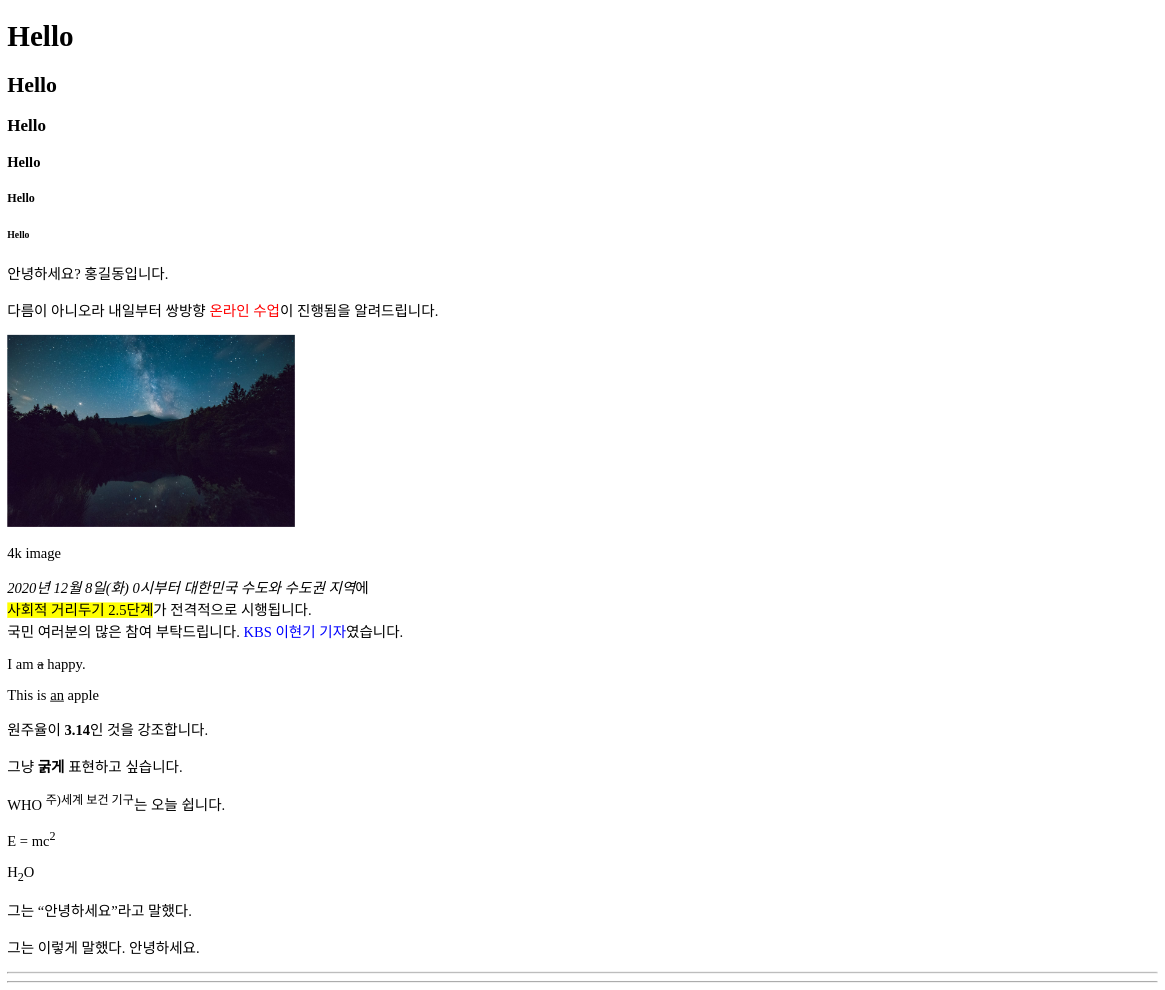
Repository: woneeseo/javastudy
Page: htmlStudy/workspace_html/HelloWorld/WebContent/f.html
The author's editor kept a copy of each file at every save. The page is drawn from the files as they stood at one save, then again after the next save.
The browser window is 1280 px wide. The pictures show the whole page, at 91% of full size.

Above is the page before, as saved 2020-12-07 05:55:24.

After the next save:
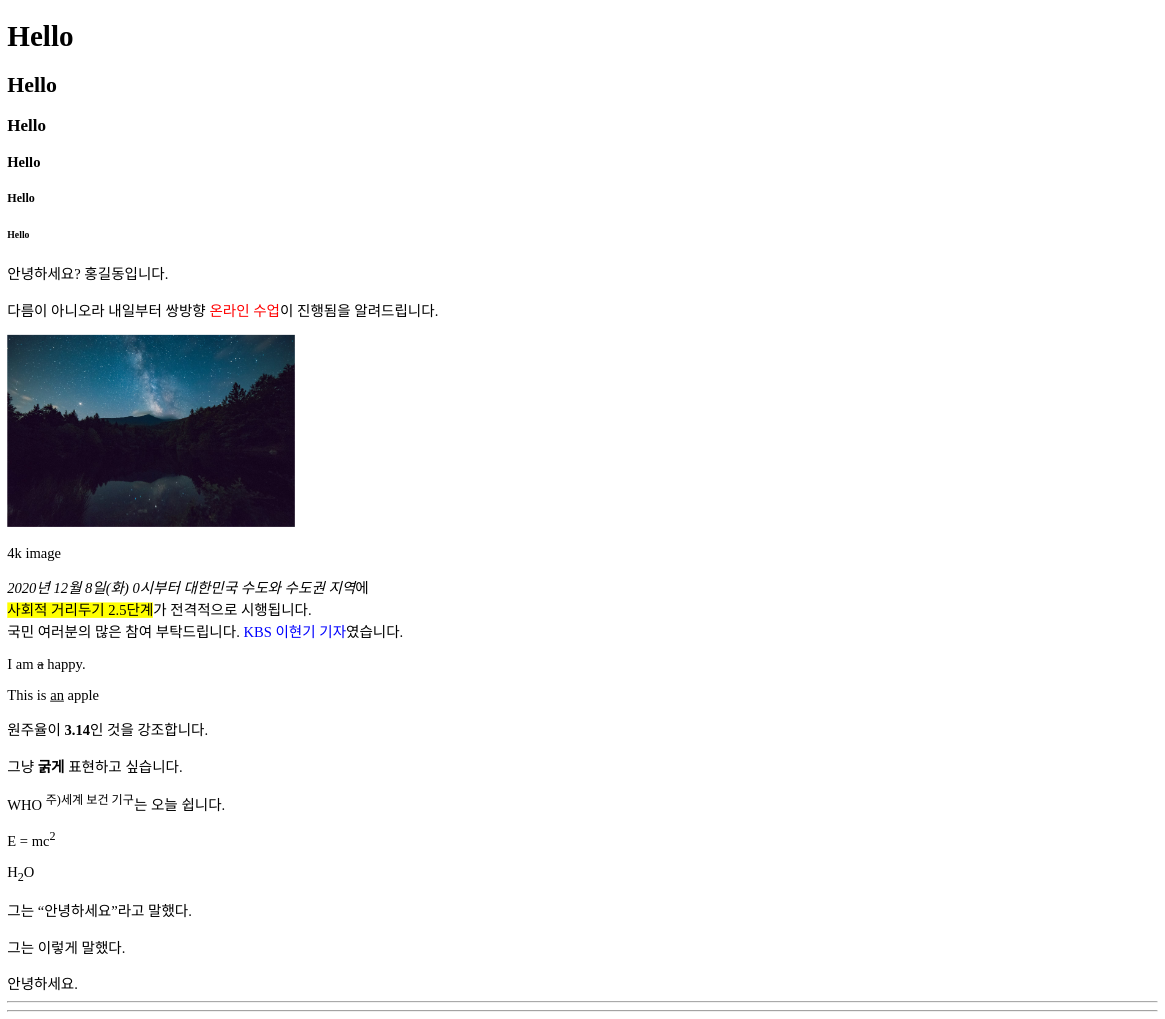
Saved 15 s later.
--- a/htmlStudy/workspace_html/HelloWorld/WebContent/f.html
+++ b/htmlStudy/workspace_html/HelloWorld/WebContent/f.html
@@ -75,9 +75,9 @@
 <!-- <sub> : 주석처리하기 / 주석이 되는 텍스트가 살짝 아래로 내려가게 표현됨 (ex.화학식..) -->
 
 <p>그는 <q>안녕하세요</q>라고 말했다.</p>
-<p>그는 이렇게 말했다.
+<p>그는 이렇게 말했다.</p>
 </blockquote>안녕하세요.</blockquote>
-</p>
+
 <!-- <q> : 문장 중에 인용구를 넣어햐 할 때 큰따옴표 대신 <q>를 쓴다. -->
 
 
